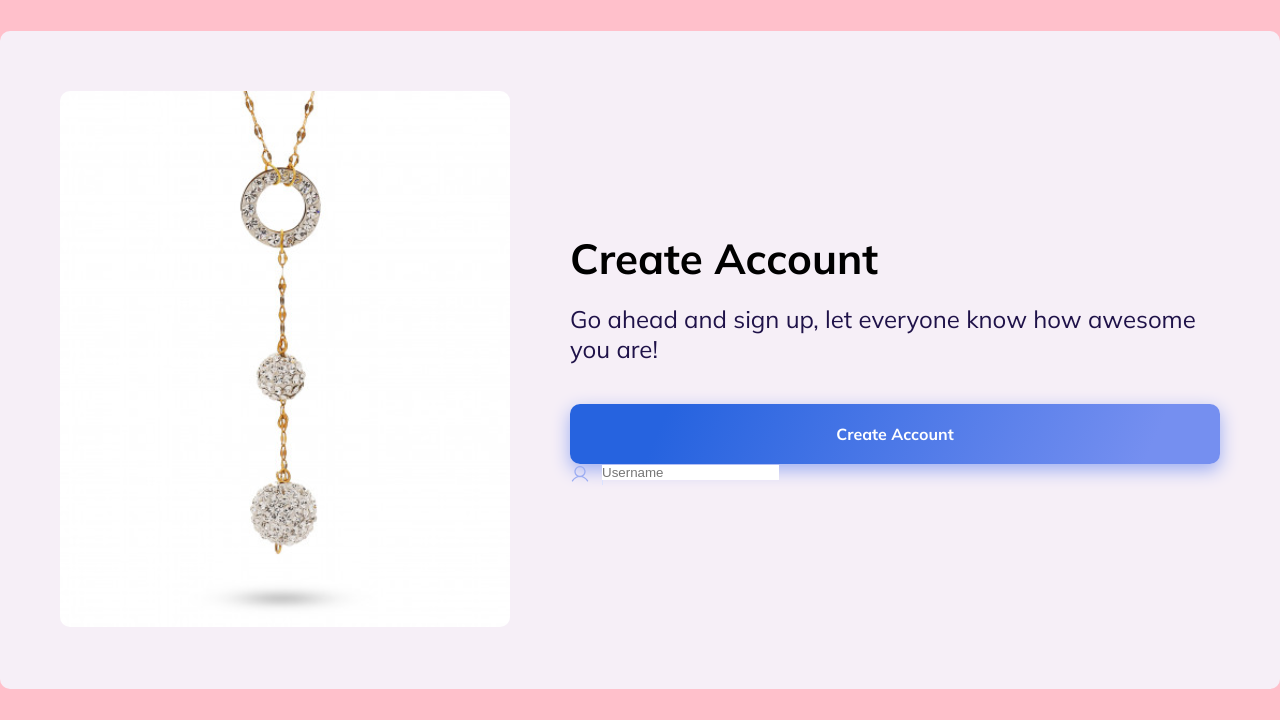
Repository: codezeloss/Valinteca-task
Page: signup.html
The author's editor kept a copy of each file at every save. The page is drawn from the files as they stood at one save, then again after the next save.
The browser window is 1280 px wide. The pictures show the whole page.

Above is the page before, as saved 2022-12-09 19:39:34.

After the next save:
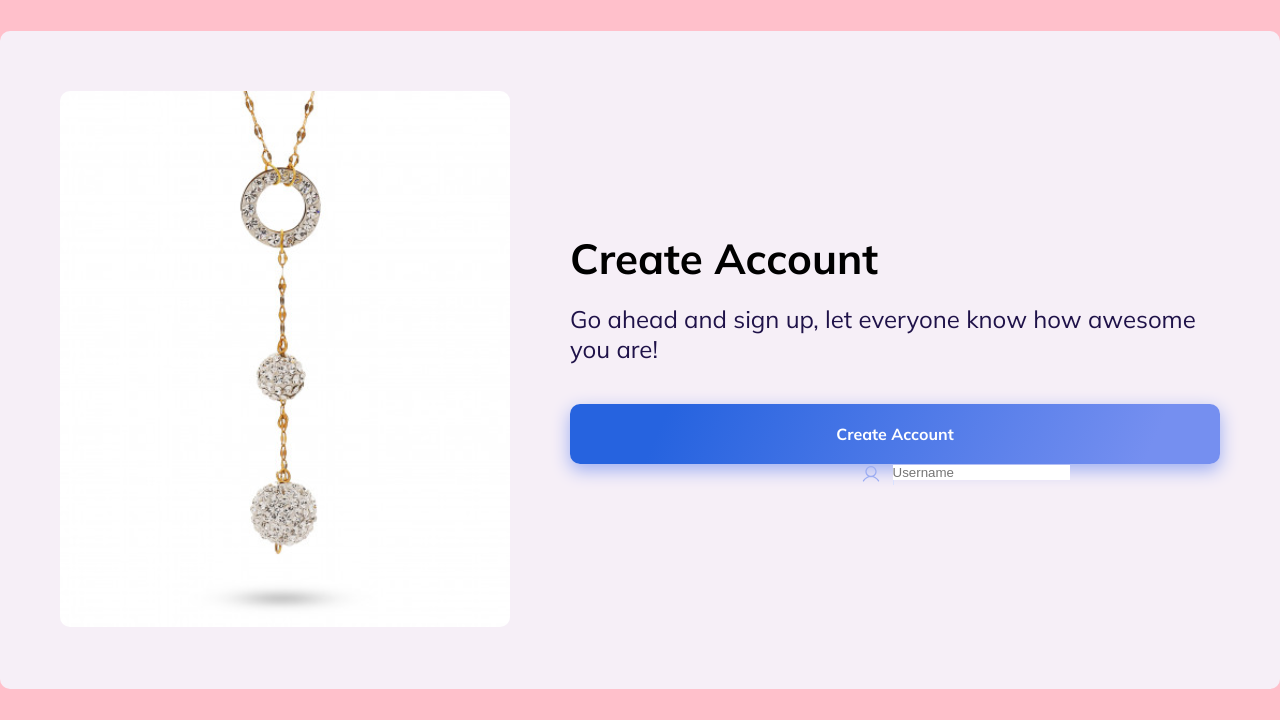
Saved 3 s later.
--- a/css/signup-page.css
+++ b/css/signup-page.css
@@ -1,4 +1,4 @@
-.flexrow-box {
+.flexcol-box {
   display: flex;
   flex-direction: column;
   align-items: center;

After the save that followed:
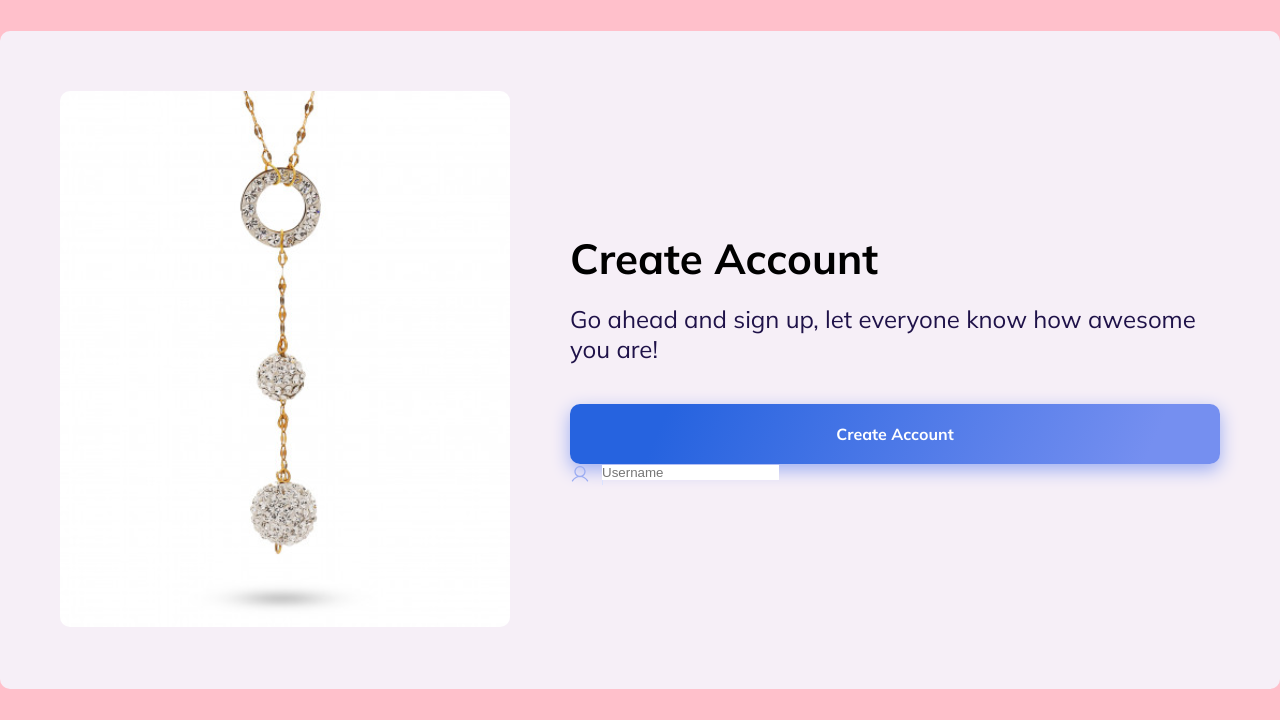
Saved 8 s later.
--- a/css/signup-page.css
+++ b/css/signup-page.css
@@ -1,7 +1,6 @@
 .flexcol-box {
   display: flex;
   flex-direction: column;
-  align-items: center;
 }
 
 .signup-img {
